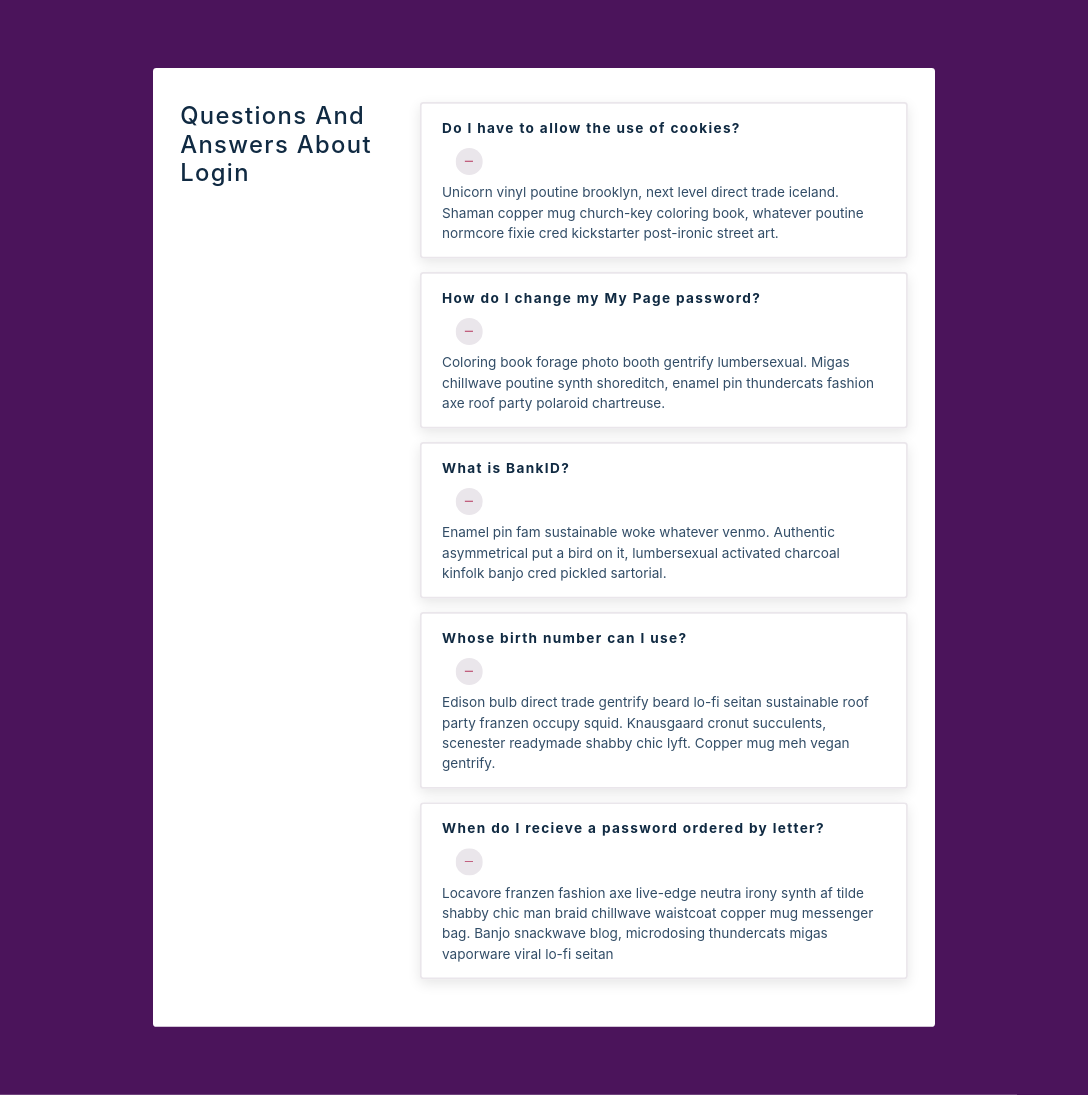
Repository: Reghanoid/Accordion
Page: /
These files come from the project's save history. The page is drawn as it stood at one moment and after a run of saves; the edit follows.
The browser window is 1280 px wide. The pictures show the whole page, at 85% of full size.
The project was rebuilt for these pictures with package versions that can differ from the ones it lists, and the page was loaded fresh each time.

Above is the page before, as saved 2022-06-08 14:38:45.

### src/App.js
import React, { useState } from 'react'
import data from './data'
import SingleQuestion from './Question'
function App() {
  const [questions, setQuestions] = useState(data)

  return (
    <div>
      <main>
        <div className='container'>
          <h3>Questions and Answers about Login</h3>
          <section className='info'>
            {questions.map((question) => {
              return <SingleQuestion key={question.id} {...question} />
            })}
          </section>
        </div>
      </main>
    </div>
  )
}

export default App

### src/data.js
const questions = [
  {
    id: 1,
    title: 'Do I have to allow the use of cookies?',
    info:
      'Unicorn vinyl poutine brooklyn, next level direct trade iceland. Shaman copper mug church-key coloring book, whatever poutine normcore fixie cred kickstarter post-ironic street art.',
  },
  {
    id: 2,
    title: 'How do I change my My Page password?',
    info:
      'Coloring book forage photo booth gentrify lumbersexual. Migas chillwave poutine synth shoreditch, enamel pin thundercats fashion axe roof party polaroid chartreuse.',
  },
  {
    id: 3,
    title: 'What is BankID?',
    info:
      'Enamel pin fam sustainable woke whatever venmo. Authentic asymmetrical put a bird on it, lumbersexual activated charcoal kinfolk banjo cred pickled sartorial.',
  },
  {
    id: 4,
    title: 'Whose birth number can I use?',
    info:
      'Edison bulb direct trade gentrify beard lo-fi seitan sustainable roof party franzen occupy squid. Knausgaard cronut succulents, scenester readymade shabby chic lyft. Copper mug meh vegan gentrify.',
  },
  {
    id: 5,
    title: 'When do I recieve a password ordered by letter?',
    info:
      'Locavore franzen fashion axe live-edge neutra irony synth af tilde shabby chic man braid chillwave waistcoat copper mug messenger bag. Banjo snackwave blog, microdosing thundercats migas vaporware viral lo-fi seitan ',
  },
]
export default questions

### src/Question.js
import { display, style } from '@mui/system'
import React, { useState } from 'react'
import { AiOutlineMinus, AiOutlinePlus } from 'react-icons/ai'

const Question = (props) => {
  const [expandText, setExpandText] = useState(true)

  const toggleInfo = () => {
    if (expandText === true) {
      setExpandText(false)
    } else {
      setExpandText(true)
    }
  }

  return (
    <>
      <section className='question'>
        <h4> {props.title} </h4>
        <button
          className='btn'
          onClick={toggleInfo}
          style={{ display: 'flex' }}
        >
          {expandText ? <AiOutlineMinus /> : <AiOutlinePlus />}
        </button>
        <p style={expandText ? { display: 'block' } : { display: 'none' }}>
          {' '}
          {props.info}{' '}
        </p>
      </section>
    </>
  )
}

export default Question

Loaded but not shown: public/index.html (common file); src/index.js (common file); src/index.css (common file)

After the next 3 saves:
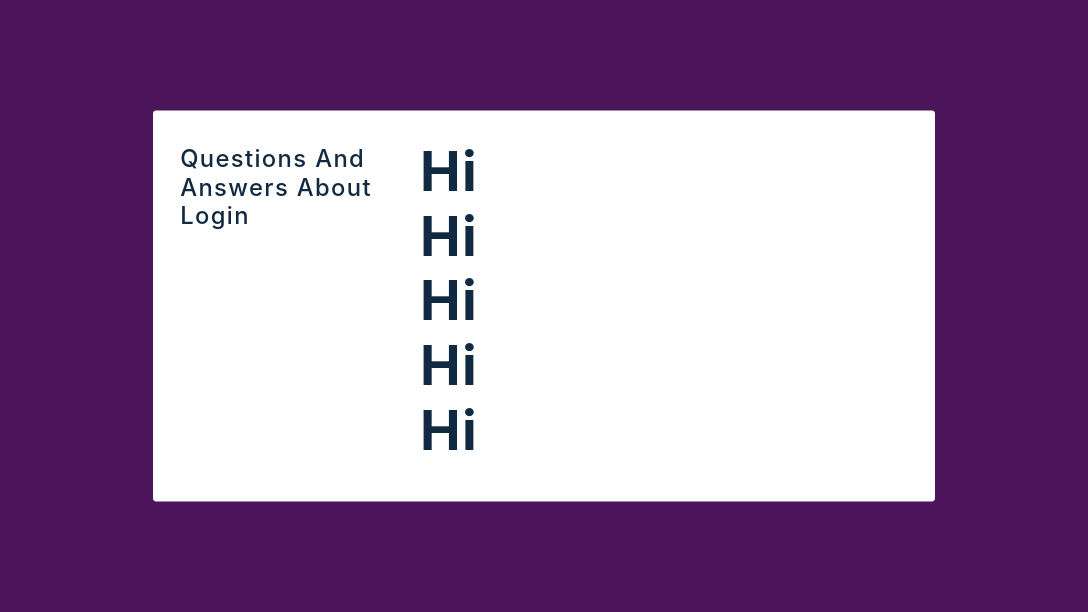
The 3 saves are shown as one change because 2 did not build or start.
The last was saved 6 min 28 s later.
--- a/src/Question.js
+++ b/src/Question.js
@@ -1,21 +1,31 @@
-import { display, style } from '@mui/system'
 import React, { useState } from 'react'
 import { AiOutlineMinus, AiOutlinePlus } from 'react-icons/ai'
 
-const Question = (props) => {
-  const [expandText, setExpandText] = useState(true)
-
-  const toggleInfo = () => {
-    if (expandText === true) {
-      setExpandText(false)
-    } else {
-      setExpandText(true)
-    }
-  }
+const Question = (title, info) => {
+  // const toggleInfo = () => {
+  //   if (expandText === true) {
+  //     setExpandText(false)
+  //   } else {
+  //     setExpandText(true)
+  //   }
+  // }
 
   return (
-    <>
-      <section className='question'>
+    // <article className='question'>
+    //   <header>
+    //     <h4>{title}</h4>
+    //     <button className='btn'>btn</button>
+    //   </header>
+    //   <p> {info} </p>
+    // </article>
+    <h1>hi</h1>
+  )
+}
+
+export default Question
+
+{
+  /* <section className='question'>
         <h4> {props.title} </h4>
         <button
           className='btn'
@@ -28,9 +38,5 @@ const Question = (props) => {
           {' '}
           {props.info}{' '}
         </p>
-      </section>
-    </>
-  )
+      </section> */
 }
-
-export default Question
